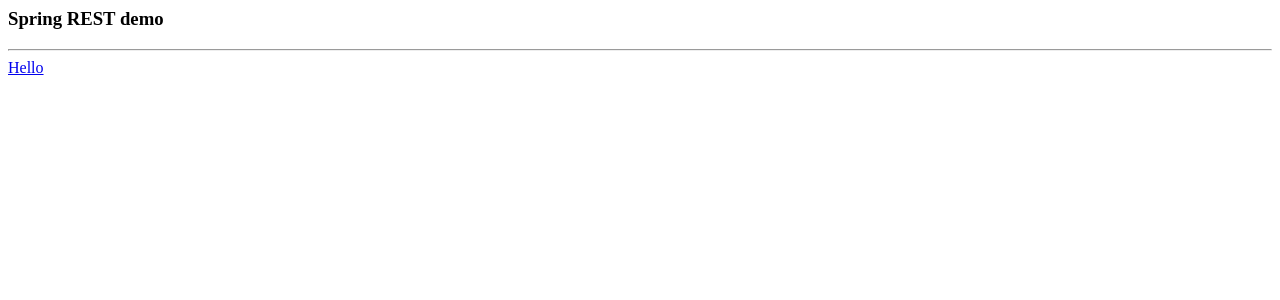
Repository: narasimhamaiya/SpringMVC
Page: http://localhost/spring-rest-demo/
The author's editor kept a copy of each file at every save. The page is drawn from the files as they stood at one save, then again after the next save.
The browser window is 1280 px wide. The pictures show the whole page.
The page is served by Tomcat 9. Other server files are loaded and not shown.

Above is the page before, as saved 2021-06-22 08:23:04.

### spring-rest-demo/src/main/webapp/index.jsp
<html>

<head></head>
<body>

<h3>Spring REST demo</h3>

<hr>
<a href="${pageContext.request.contextPath}/test/hello">Hello</a>
</body>

</html>

After the next save:
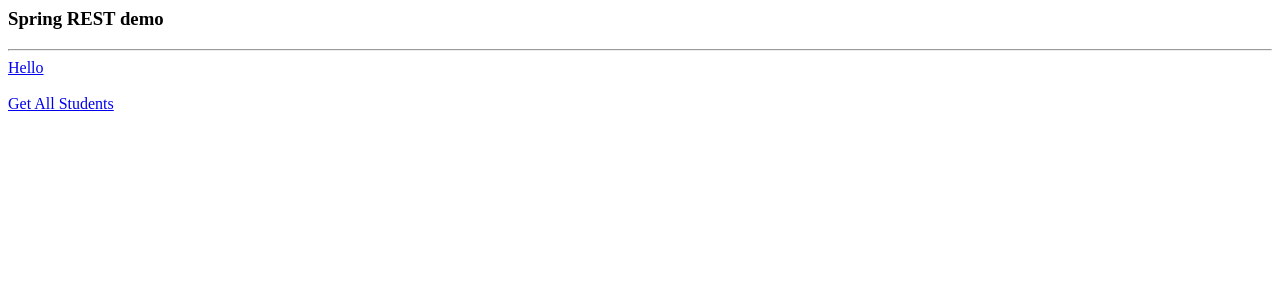
Saved 7 min 33 s later.
--- a/spring-rest-demo/src/main/webapp/index.jsp
+++ b/spring-rest-demo/src/main/webapp/index.jsp
@@ -7,6 +7,11 @@
 
 <hr>
 <a href="${pageContext.request.contextPath}/test/hello">Hello</a>
+
+<br><br>
+
+<a href="${pageContext.request.contextPath}/api/students">Get All Students</a>
+
 </body>
 
 </html>
